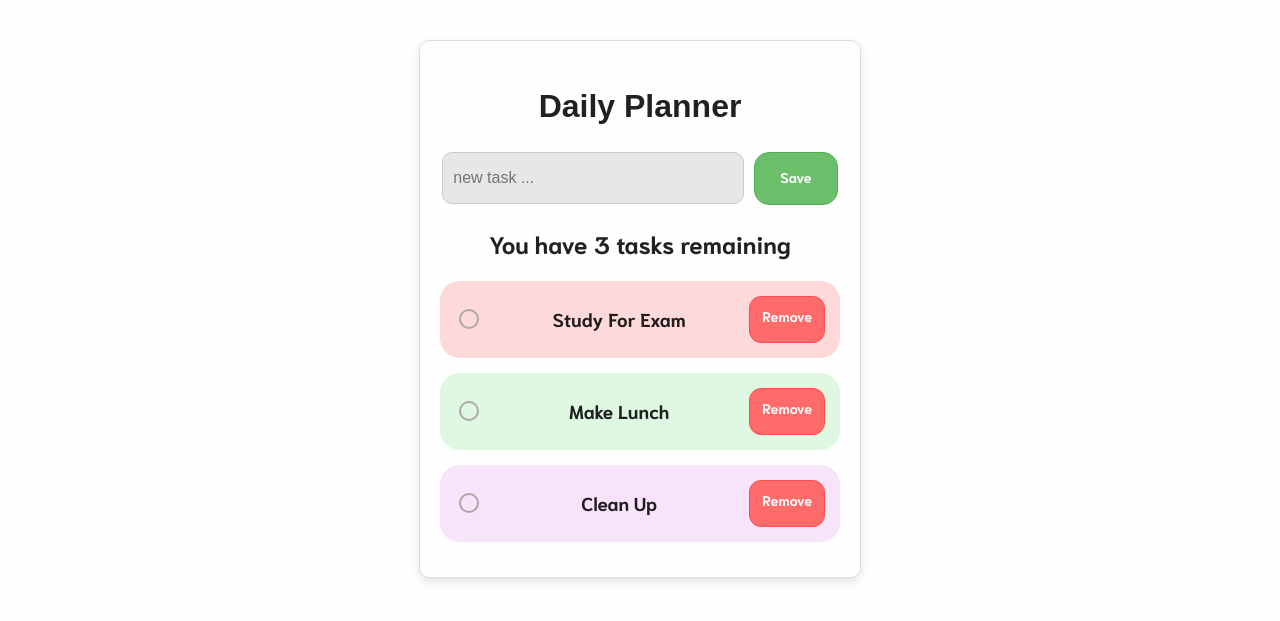
Repository: Zalida-Khan/Frontend-Lab4
Page: /
These files come from the project's save history. The page is drawn as it stood at one moment and after the next save; the edit follows.
The browser window is 1280 px wide. The pictures show the whole page.
Some web fonts or font styles are not loaded; a fallback is used. The project was rebuilt for these pictures with package versions that can differ from the ones it lists, and the page was loaded fresh each time. Also part of the build but not shown: vite.config.js.

Above is the page before, as saved 2024-10-22 21:37:57.

### index.html
<!doctype html>
<html lang="en">

<head>
  <meta charset="UTF-8" />
  <link rel="icon" type="image/svg+xml" href="/vite.svg" />
  <meta name="viewport" content="width=device-width, initial-scale=1.0" />
  <title>Day Planner</title>
</head>

<body>
  <div id="root"></div>
  <script type="module" src="/src/main.jsx"></script>
</body>

</html>

### src/App.jsx
import "./App.css";
import React, { useState } from "react";
import Task from "./components/Task";
import TaskForm from "./components/TaskForm";

function App() {
  const [tasks, setTasks] = useState([
    { id: 1, text: "Study For Exam", completed: false },
    { id: 2, text: "Make Lunch", completed: false },
    { id: 3, text: "Clean Up", completed: false },
  ]);

  const addTask = (text) =>
    setTasks([...tasks, { id: Date.now(), text, completed: false }]);

  const toggleTask = (id) =>
    setTasks(
      tasks.map((task) =>
        task.id === id ? { ...task, completed: !task.completed } : task
      )
    );

  const removeTask = (id) => setTasks(tasks.filter((task) => task.id !== id));

  const remainingTasks = tasks.filter((task) => !task.completed).length;

  return (
    <div className="app">
      <header>
        <h1>Daily Planner</h1>
      </header>
      <TaskForm addTask={addTask} />
      <h2>
        You have {remainingTasks}{" "}
        {remainingTasks === 1 ? "task" : "tasks"} remaining
      </h2>
      <div className="task-list">
        {tasks.map((task) => (
          <Task
            key={task.id}
            task={task}
            toggleTask={toggleTask}
            removeTask={removeTask}
          />
        ))}
      </div>
    </div>
  );
}

export default App;

### src/index.css
:root {
  font-family: Inter, system-ui, Avenir, Helvetica, Arial, sans-serif;
  line-height: 1.5;
  font-weight: 400;

  color-scheme: light dark;
  color: rgba(0, 0, 0, 0.87);
  background-color: #fefefe;

  font-synthesis: none;
  text-rendering: optimizeLegibility;
  -webkit-font-smoothing: antialiased;
  -moz-osx-font-smoothing: grayscale;
}

### src/App.css
@font-face {
  font-family: "Ruska";
  src: url("../fonts/RuskaDisplay-Regular.otf") format("opentype");
  font-weight: normal;
  font-style: normal;
}

@font-face {
  font-family: "Niramit";
  src: url("../fonts/Niramit-Bold.ttf") format("truetype");
  font-weight: normal;
  font-style: normal;
}

#root {
  max-width: 1280px;
  margin: 0 auto;
  padding: 2rem;
  text-align: center;
  font-family: "Niramit", sans-serif;
}

.app {
  width: 400px;
  margin: 0 auto;
  padding: 20px;
  font-family: "Niramit", sans-serif;
  border: 1px solid #ddd;
  border-radius: 10px;
  box-shadow: 0 4px 10px rgba(0, 0, 0, 0.1);
}

h1 {
  font-family: "Ruska", sans-serif;
  font-weight: 50px;
}

.task-list {
  margin-top: 20px;
}

.task {
  display: flex;
  align-items: center;
  justify-content: space-between;
  margin-bottom: 15px;
  padding: 15px;
  border-radius: 20px;
  font-family: "Niramit", sans-serif;
}

.task:nth-child(6n+1) {
  background-color: #fed9da;
}

.task:nth-child(6n+2) {
  background-color: #def8e2;
}

.task:nth-child(6n+3) {
  background-color: #f7e3fa;
}

.task:nth-child(6n+4) {
  background-color: #ffe5db;
}

.task:nth-child(6n+5) {
  background-color: #fafcd4;
}

.task:nth-child(6n) {
  background-color: #dde0fa;
}

.task h3 {
  margin: 0;
  flex-grow: 1;
  text-decoration: none;
  font-family: "Niramit", sans-serif;
}

.task.completed h3 {
  text-decoration: line-through;
}

.checkmark {
  appearance: none;
  width: 20px;
  height: 20px;
  border-radius: 50%;
  border: 2px solid #aba7a7;
  background-color: transparent; /* Transparent background by default */
  cursor: pointer;
  margin-right: 10px;
  transition: background-color 0.3s, border-color 0.3s;
}

.checkmark:checked {
  background-color: #b7ffdd; /* Fill color when checked */
  border: 2px solid #198754; /* Optional: match border color */
}

.checkmark:checked::after {
  content: ''; /* Keep empty for filled effect */
}

.delete-btn {
  padding: 10px 12px;
  border-radius: 12px;
  padding-bottom: 17px;
  font-family: "Niramit", sans-serif;
  background-color: #ff6b6b;
  border: 1px solid #ff4c4c;
  color: white;
  cursor: pointer;
  font-size: 14px;
  transition: background-color 0.3s;
}

.delete-btn:hover {
  background-color: #ff4c4c;
}

.save-btn {
  padding: 15px 25px;
  border-radius: 15px;
  padding-bottom: 18px;
  background-color: #6bbf6b;
  border: 1px solid #4cae4c;
  font-family: "Niramit", sans-serif;
  color: white;
  cursor: pointer;
  font-size: 14px;
  transition: background-color 0.3s;
}

.save-btn:hover {
  background-color: #4cae4c;
}

.input-field {
  width: 70%;
  height: 30px;
  padding: 10px;
  border-radius: 10px;
  background-color: #e8e7e7;
  margin-right: 10px;
  border: 1px solid #ccc;
  font-size: 16px;
  outline: none;
  color: black;
  transition: border-color 0.3s;
}

.input-field:focus {
  border-color: #000000;
}

### src/components/Task.jsx
import React from 'react';

function Task({ task, toggleTask, removeTask }) {
  return (
    <div className={`task ${task.completed ? 'completed' : ''}`}>
      <input className="checkmark" type="checkbox" checked={task.completed} onChange={() => toggleTask(task.id)} />
      <h3>{task.text}</h3>
      <button className="delete-btn" onClick={() => removeTask(task.id)}>Remove</button>
    </div>
  );
}

export default Task;

### src/components/TaskForm.jsx
import React, { useState } from 'react';

function TaskForm({ addTask }) {
  const [text, setText] = useState('');

  const handleSubmit = (e) => {
    e.preventDefault();
    if (text.trim()) {
      addTask(text);
      setText('');
    }
  };

  return (
    <form onSubmit={handleSubmit}>
      <input className="input-field" type="text" value={text} onChange={(e) => setText(e.target.value)} placeholder="new task ..." />
      <button className="save-btn" type="submit">Save</button>
    </form>
  );
}

export default TaskForm;

Loaded but not shown: src/main.jsx (common file)

After the next save:
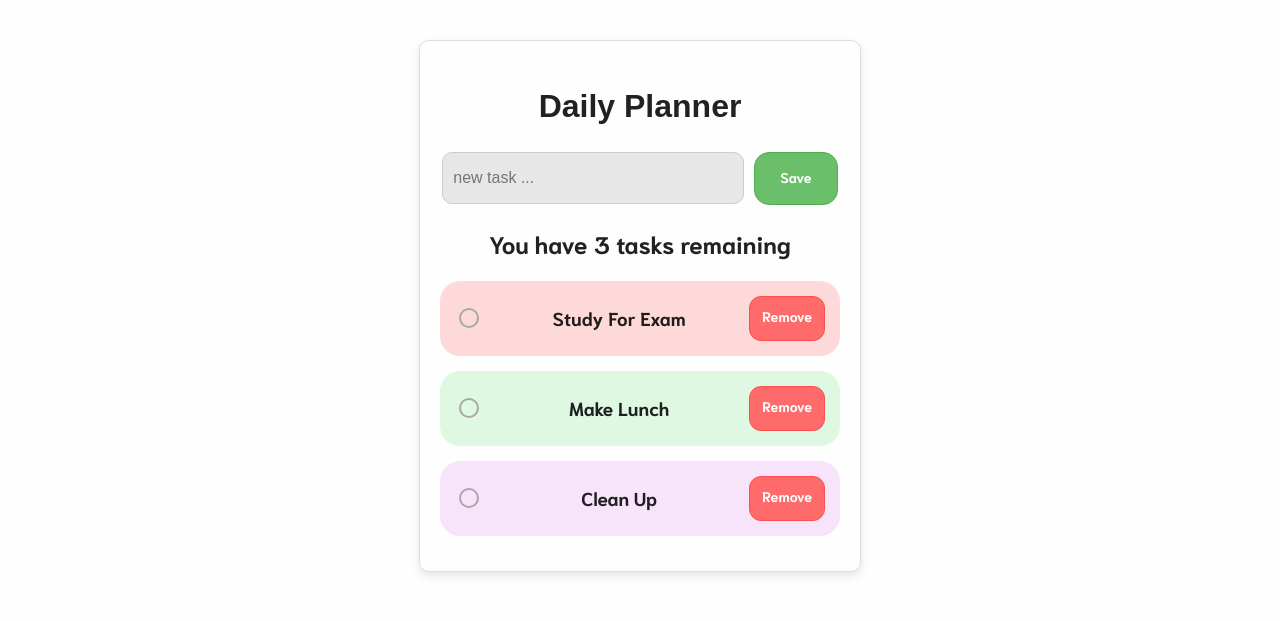
Saved 21 s later.
--- a/src/App.css
+++ b/src/App.css
@@ -108,7 +108,7 @@ h1 {
 .delete-btn {
   padding: 10px 12px;
   border-radius: 12px;
-  padding-bottom: 17px;
+  padding-bottom: 15px;
   font-family: "Niramit", sans-serif;
   background-color: #ff6b6b;
   border: 1px solid #ff4c4c;
